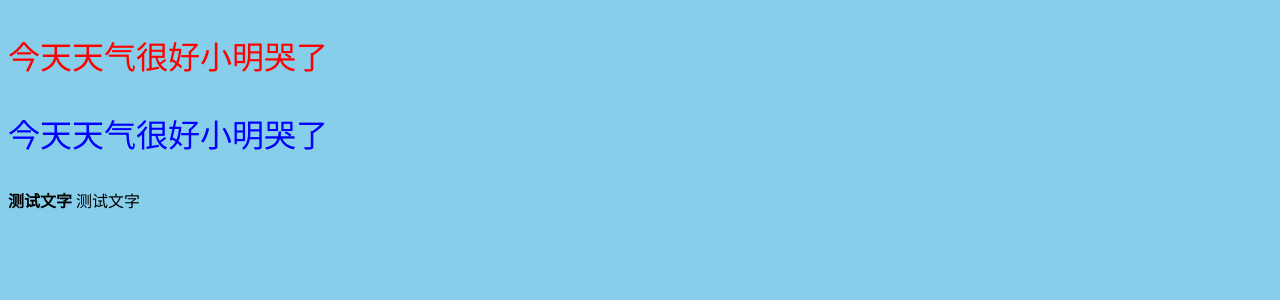
Repository: WKYQAQ/LX
Page: day03_css.html
An editor plug-in stored every save of this project. The page is shown before and after the next save, followed by the edit.
The browser window is 1280 px wide. The pictures show the whole page.

Above is the page before, as saved 2020-07-23 11:56:35.

### day03_css.html
<!DOCTYPE html>
<html lang="en">
<head>
    <meta charset="UTF-8">
    <meta name="viewport" content="width=device-width, initial-scale=1.0">
    <title>Document</title>
    <link rel="stylesheet" href="./style/index.css">
    <style>
        p{
            color: red;
        }
        #blue{
            color: blue;
        }
        .f{
            font-family:"华文行楷";
        }
        .blue{
            color: blue;
        }<!--和id选择器不冲突-->
    </style>
</head>
<body>
    <p style="font-size: 32px;" class="f">今天天气很好小明哭了</p><!--对于颜色来说行内的优先级最高-->
    <p style="font-size: 32px;" id="blue">今天天气很好小明哭了</p><!--id选择器，是特定的东西有特定的颜色，方式：#+id名称,不可重复使用-->
    <b class="f">测试文字</b><!--class可以重复使用-->
    <span class="f">测试文字</span>
</body>
</html>

### style/index.css
body{
    background: skyblue;
}
p{
    color: green;
}

After the next save:
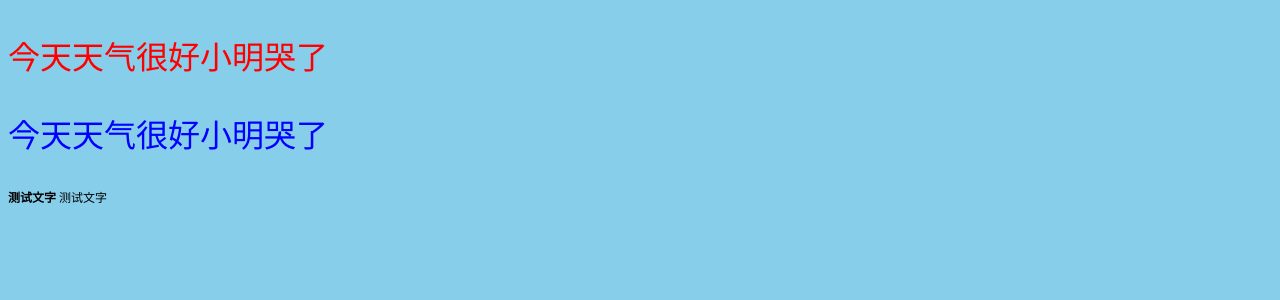
Saved 117 s later.
--- a/day03_css.html
+++ b/day03_css.html
@@ -6,6 +6,9 @@
     <title>Document</title>
     <link rel="stylesheet" href="./style/index.css">
     <style>
+        *{
+            font-size: 12px;
+        }
         p{
             color: red;
         }
@@ -17,7 +20,7 @@
         }
         .blue{
             color: blue;
-        }<!--和id选择器不冲突-->
+        }
     </style>
 </head>
 <body>
